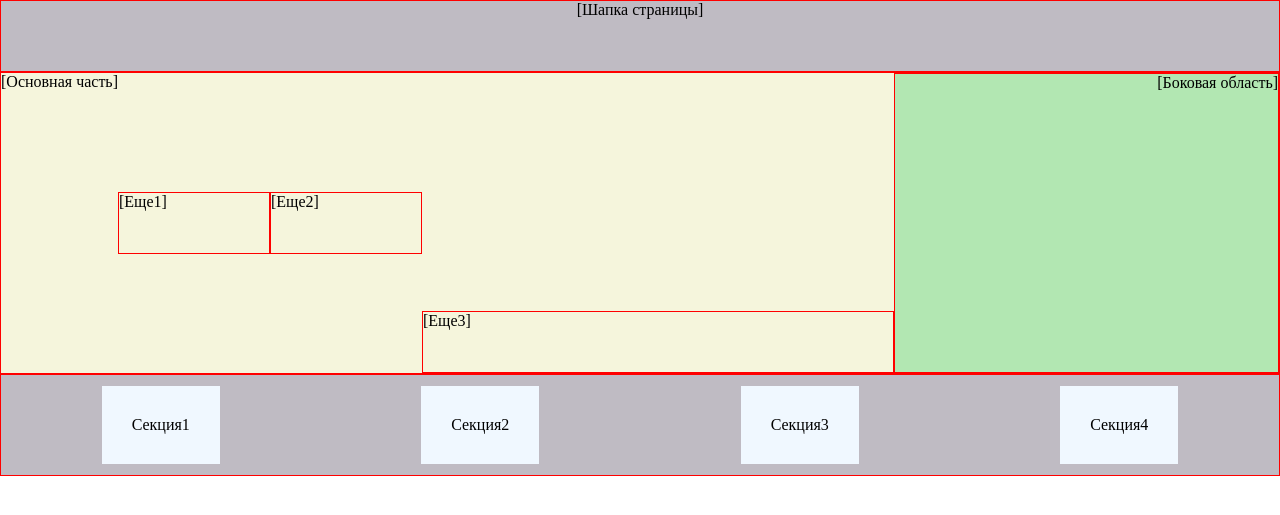
Repository: IrinaGetmanenko/week5
Page: week5/index.html
An editor plug-in stored every save of this project. The page is shown before and after the next save, followed by the edit.
The browser window is 1280 px wide. The pictures show the whole page.

Above is the page before, as saved 2022-08-28 20:16:55.

After the next save:
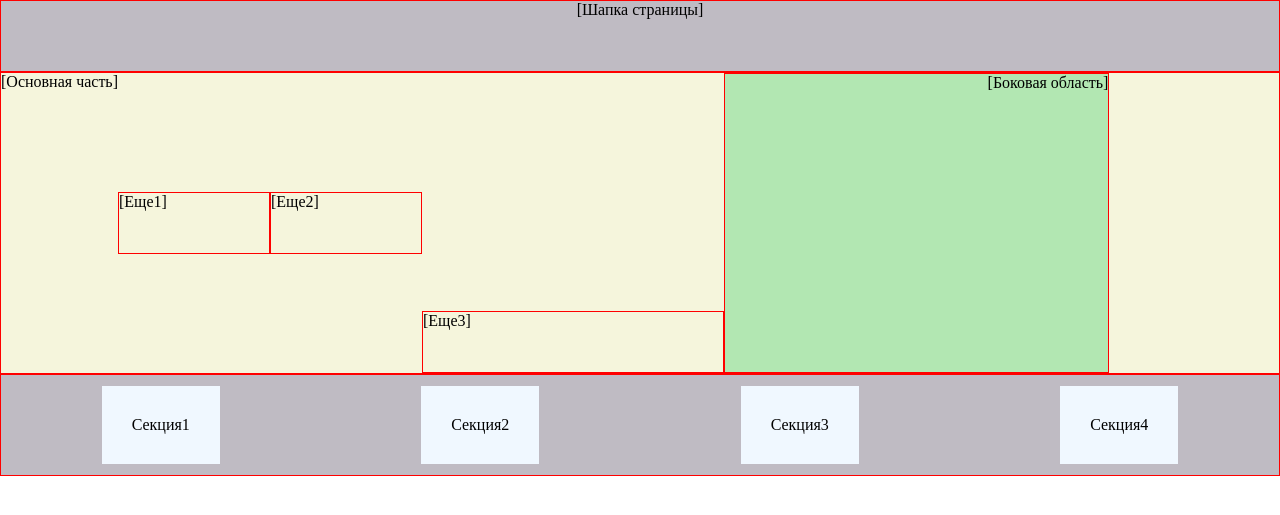
Saved 14 s later.
--- a/week5/index.html
+++ b/week5/index.html
@@ -49,7 +49,7 @@
     }
 
     .section3{
-        flex: 1;
+        display: flex;
         border: 1px solid red;
         align-self: flex-end;
         height: 20%;
